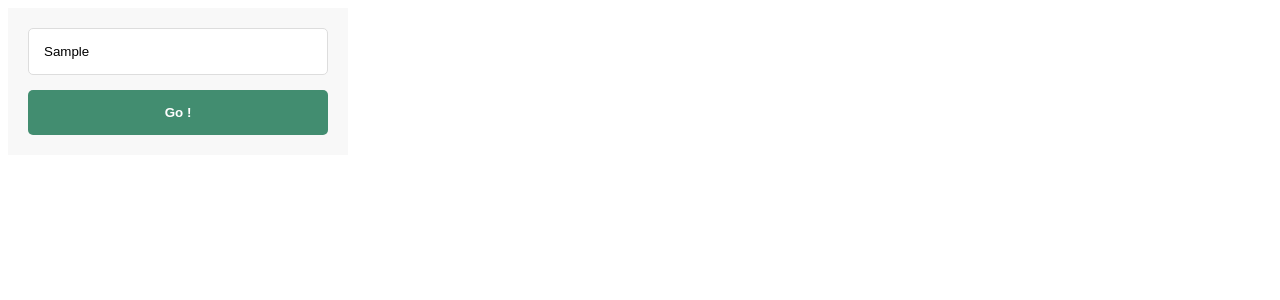
Repository: MascarenhasLF/extension-images
Page: index.html
An editor plug-in stored every save of this project. The page is shown before and after a run of saves, followed by the edit.
The browser window is 1280 px wide. The pictures show the whole page.
Empty fields were first filled with sample values (such as "Sample", 5 or name@example.com).
After loading, the first visible `form` was submitted once.

Above is the page before, as saved 2022-08-04 10:23:58.

### index.html
<!DOCTYPE html>
<html lang="en">
<head>
    <meta charset="UTF-8">
    <link rel="stylesheet" href="style.css">
</head>
<body>

    <form>
        <input type="text" class="input" placeholder="Image URL">
        <button class="button">Go !</button>
    </form>

    <script src="script.js"></script>
</body>
</html>

### style.css
form {
    background-color: #f8f8f8;
    width: 300px;
    display: flex;
    flex-wrap: wrap;
    padding: 20px;
}

.input {
    width: 100%;
    padding: 15px;
    outline: none;
    border-radius: 5px;
    border: 1px solid #ddd;
}

.button {
    width: 100%;
    padding: 15px;
    border: none;
    border-radius: 5px;
    margin-top: 15px;
    background-color: #428d70;
    color: white;
    font-weight: 700;
    cursor: pointer;
}

.button:hover {
    background-color: #499a7b;
}

### script.js
const form = document.querySelector('form');

form.addEventListener('submit', (event) => {
    event.preventDefault();

    document.body
});

After the next 5 saves:
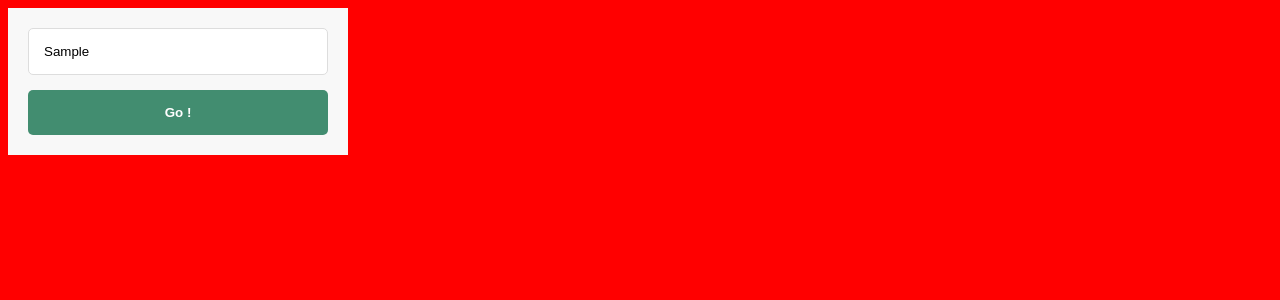
The 5 saves are shown as one change because they came seconds apart.
The last was saved 15 s later.
--- a/script.js
+++ b/script.js
@@ -3,5 +3,5 @@ const form = document.querySelector('form');
 form.addEventListener('submit', (event) => {
     event.preventDefault();
 
-    document.body
+    document.body.style.background = 'red';
 });
